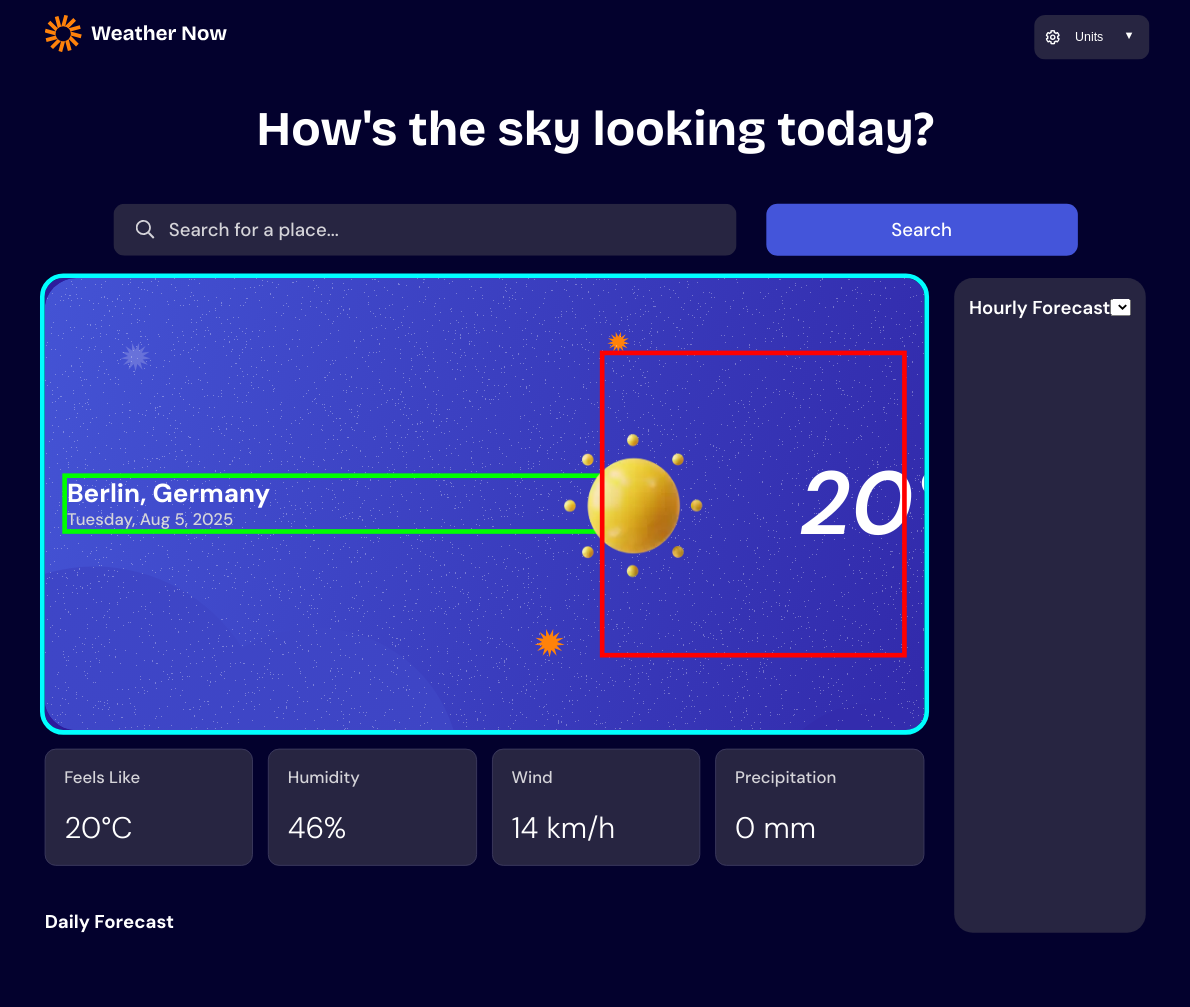
Repository: MKwaak/weather-app-main
Page: index.html
An editor plug-in stored every save of this project. The page is shown before and after the next save, followed by the edit.
The browser window is 1280 px wide. The pictures show the whole page, at 93% of full size.
The page's requests for data from a server got no answer.

Above is the page before, as saved 2026-01-29 23:46:32.

After the next save:
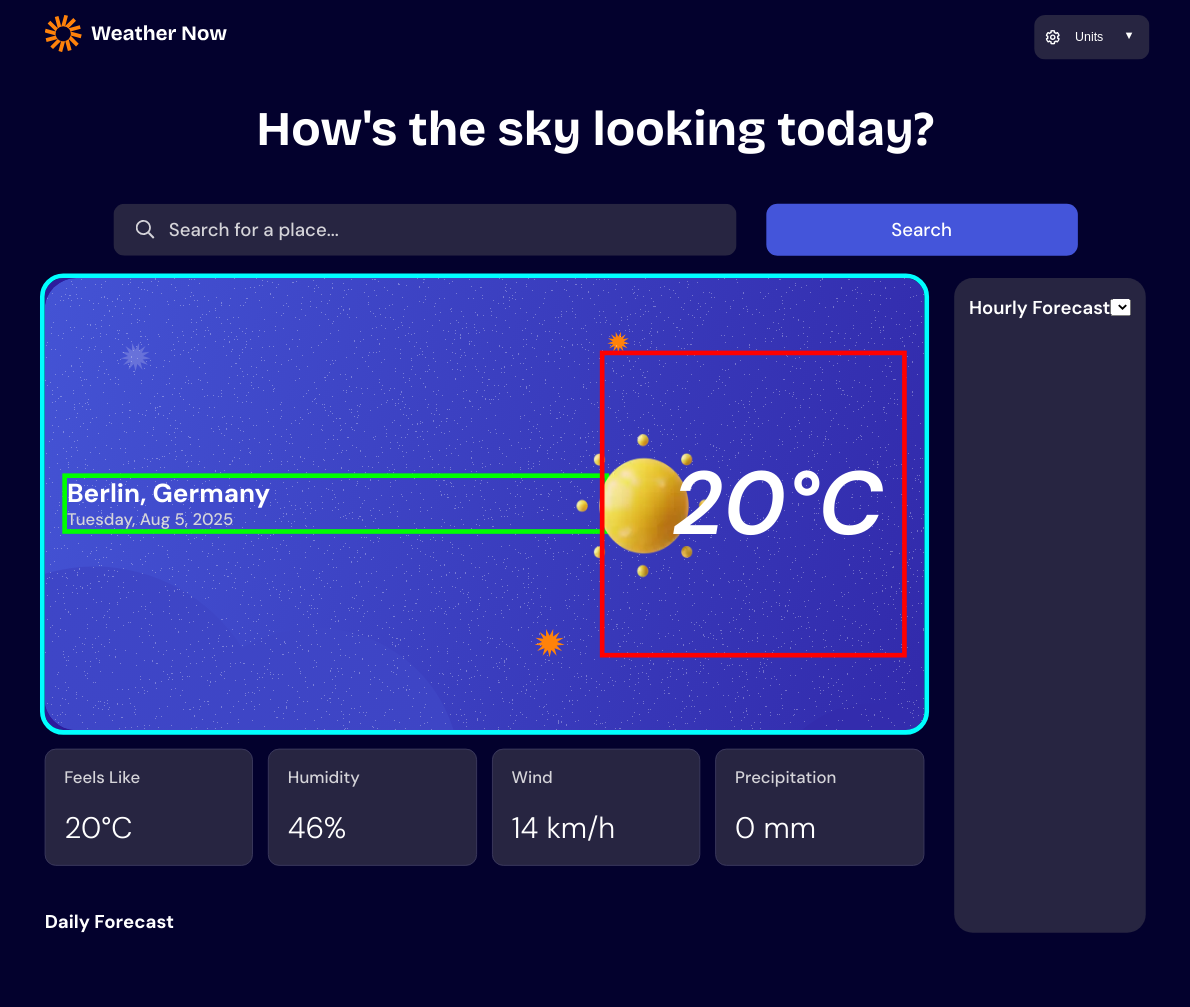
Saved 23 min 21 s later.
--- a/style.css
+++ b/style.css
@@ -470,22 +470,31 @@
 
       @media (width >= calc(700 / 16 * 1rem)) {
         width: 320px;
-        justify-content: flex-end;
-        padding-right: 10px; /* Geeft een klein beetje ademruimte vanaf de rand */
         display: flex;
-        gap: 24px;
+        flex-direction: row; /* Icoon en Temp naast elkaar */
+        justify-content: flex-end; /* Alles strak tegen de rechterkant */
+        align-items: center;
+        gap: 8px; /* Maak de gap klein! */
+        padding-right: 20px; /* Dwingt een marge vanaf de rand van de blauwe bak */
+        box-sizing: border-box;
       }
 
       /* Temp hoort hier ook in als hij in de rode bak zit */
       .current__temp {
         font-size: var(--fs-96);
-        white-space: nowrap;
         line-height: 1;
         font-weight: 600;
         font-style: italic;
-        display: inline-block;
+        white-space: nowrap;
+        margin: 0;
         min-width: 1.5ch;
         text-align: right;
+
+        /* Flexbox hier helpt om het °C teken (als dat een los element is)
+        netjes bovenin uit te lijnen naast de cijfers */
+        display: flex;
+        align-items: flex-start; /* Zorgt dat het °C teken bovenin blijft hangen */
+        justify-content: flex-end; /* Zorgt dat alles binnen dit blokje rechts staat */
       }
     }
   } /* <-- HIER sluit pas de blauwe bak (weather) */
